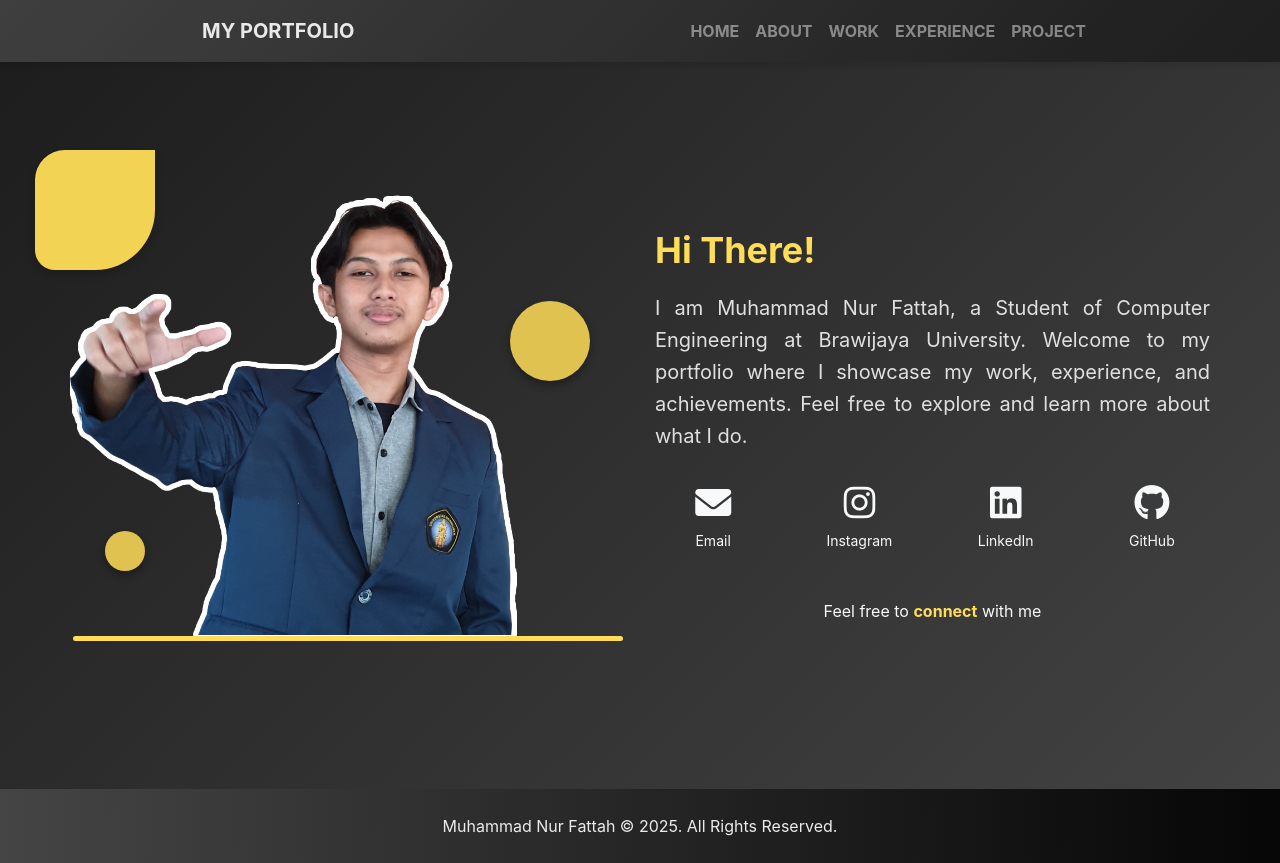
Repository: nurFattahh/Web-Portofolio
Page: /
An editor plug-in stored every save of this project. The page is shown before and after the next save, followed by the edit.
The browser window is 1280 px wide. The pictures show the whole page.
The project was rebuilt for these pictures with package versions that can differ from the ones it lists, and the page was loaded fresh each time. Also part of the build but not shown: vite.config.js, src/components/About/About.css, src/components/About/Skillset.css, src/components/About/About.jsx, src/components/Work/Work.css, src/data/ImageImport.js, src/data/Work.js, src/components/Work/Work.jsx and 8 more.

Above is the page before, as saved 2026-02-12 04:25:59.

### index.html
<!DOCTYPE html>
<html lang="en">
  <head>
    <meta charset="UTF-8" />
    <meta name="viewport" content="width=device-width, initial-scale=1.0" />
    <link rel="icon" href="/logo2.png" type="image/x-icon">
    <title>My Portfolio</title>

    <link href="https://stackpath.bootstrapcdn.com/bootstrap/4.5.2/css/bootstrap.min.css" rel="stylesheet" />
    <link rel="stylesheet" href="https://cdnjs.cloudflare.com/ajax/libs/font-awesome/6.0.0-beta3/css/all.min.css" />

  </head>
  <body>
    <div id="root"></div>
    <script type="module" src="/src/main.jsx"></script>
    <script src="https://code.jquery.com/jquery-3.5.1.slim.min.js"></script>
    <script src="https://cdn.jsdelivr.net/npm/@popperjs/core@2.9.2/dist/umd/popper.min.js"></script>
    <script src="https://stackpath.bootstrapcdn.com/bootstrap/4.5.2/js/bootstrap.min.js"></script>
    <link href="https://stackpath.bootstrapcdn.com/bootstrap/4.5.2/css/bootstrap.min.css" rel="stylesheet" />
  </body>
</html>

### src/main.jsx
import React from 'react';
import ReactDOM from 'react-dom/client';
import App from './App';
import './assets/styles/style.css';

ReactDOM.createRoot(document.getElementById('root')).render(
  <React.StrictMode>
    <App />
  </React.StrictMode>
);

### src/App.jsx
import React from "react";
import { BrowserRouter as Router, Routes, Route, useLocation } from "react-router-dom";
import { AnimatePresence } from "framer-motion";

import Navbar from "./components/Navbar/Navbar";
import Footer from "./components/Footer/Footer";

import Home from "./components/Home/Home";
import About from "./components/About/About";
import Work from "./components/Work/Work";
import Project from "./components/Project/Project";
import Organization from "./components/Organization/Organization";
import Experience from "./components/Experience/Experience";
import ProjectDetail from "./components/Project/ProjectDetails";

import MotionWrapper from "./components/Animations/MotionWrapper";

const AnimatedRoutes = () => {
  const location = useLocation();

  return (
    <AnimatePresence mode="wait">
      <Routes location={location} key={location.pathname}>
        <Route path="/" element={<MotionWrapper><Home /></MotionWrapper>} />
        <Route path="/about" element={<MotionWrapper><About /></MotionWrapper>} />
        <Route path="/work" element={<MotionWrapper><Work /></MotionWrapper>} />
        <Route path="/experience" element={<MotionWrapper><Experience /></MotionWrapper>} />
        <Route path="/projects" element={<MotionWrapper><Project /></MotionWrapper>} />
        <Route path="/organization" element={<MotionWrapper><Organization /></MotionWrapper>} />
        <Route path="/projects/:id" element={<MotionWrapper><ProjectDetail /></MotionWrapper>} />
      </Routes>
    </AnimatePresence>
  );
};

const App = () => (
  <Router>
    <Navbar />
    <AnimatedRoutes />
    <Footer />
  </Router>
);

export default App;

### src/assets/styles/style.css
#root {
    background: linear-gradient(135deg, #1c1c1c, #444444);
}

body {
    font-family: 'Arial', sans-serif;
    margin: 0;
    padding: 0;

}

html {
    scroll-padding-top: 2rem; /* Gantikan 80px dengan tinggi navbar Anda */
    scroll-behavior: smooth;
}

### src/components/Navbar/Navbar.jsx
import React, { useEffect, useRef } from "react";
import { Link } from "react-router-dom";
import "./Navbar.css";

const Navbar = () => {
  const navbarRef = useRef(null);

  useEffect(() => {
    const links = document.querySelectorAll(".navbar-collapse .nav-link");
    const navbar = navbarRef.current;

    links.forEach((link) => {
      link.addEventListener("click", () => {
        if (navbar && navbar.classList.contains("show")) {
          new window.bootstrap.Collapse(navbar).hide(); // collapse on mobile
        }
      });
    });

    return () => {
      links.forEach((link) => {
        link.removeEventListener("click", () => {});
      });
    };
  }, []);

  return (
    <nav className="navbar navbar-expand-lg navbar-dark bg-dark sticky-top">
      <Link className="navbar-brand" to="/">
        My Portfolio
      </Link>
      <button
        className="navbar-toggler"
        type="button"
        data-toggle="collapse"
        data-target="#navbarNav"
        aria-controls="navbarNav"
        aria-expanded="false"
        aria-label="Toggle navigation"
      >
        <span className="navbar-toggler-icon"></span>
      </button>
      <div
        className="collapse navbar-collapse"
        id="navbarNav"
        ref={navbarRef}
      >
        <ul className="navbar-nav ml-auto">
          <li className="nav-item">
            <Link className="nav-link" to="/">Home</Link>
          </li>
          <li className="nav-item">
            <Link className="nav-link" to="/about">About</Link>
          </li>
          <li className="nav-item">
            <Link className="nav-link" to="/work">Work</Link>
          </li>
          <li className="nav-item">
            <Link className="nav-link" to="/experience">Experience</Link>
          </li>
          <li className="nav-item">
            <Link className="nav-link" to="/projects">Project</Link>
          </li>
        </ul>
      </div>
    </nav>
  );
};

export default Navbar;

### src/components/Footer/Footer.jsx
import React from 'react';
import './Footer.css';

const Footer = () => (
  <footer className="footer-section bg-dark text-white py-4">
    <div className="container text-center">
      <p> Muhammad Nur Fattah &copy; 2025. All Rights Reserved.</p>
    </div>
  </footer>
);

export default Footer;

### src/components/Home/Home.jsx
import React from "react";
import "./Home.css";

import profil_image from "../../assets/Images/Fattah.png";

const Home = () => (
  <section id="home" className="container my-5">
    <div className="row align-items-center">
      <div className="col-md-6">
        <img src={profil_image} className="img-fluid rounded" alt="Your Photo" />
        <div className="image-overlay-box"></div>
        <div className="body-overlay-box"></div>
        <div className="corner-circle left"></div>
        <div className="corner-circle right"></div>
      </div>
      <div className="col-md-6">
        <h1>Hi There!</h1>
        <p>
          I am Muhammad Nur Fattah, a Student of Computer Engineering at Brawijaya University. Welcome to my
          portfolio where I showcase my work, experience, and achievements. Feel free to explore and learn more about
          what I do.
        </p>
        <div className="social-media mt-4">
          <div className="row">
            <div className="col-3 text-center">
              <a
                href="https://mail.google.com/mail/?view=cm&fs=1&to=nurfattah36@gmail.com"
                target="_blank"
                title="Email"
              >
                <i className="fas fa-envelope"></i>
                <div className="social-text">Email</div>
              </a>
            </div>
            <div className="col-3 text-center">
              <a href="https://instagram.com/mnurfatth" target="_blank" title="Instagram">
                <i className="fab fa-instagram"></i>
                <div className="social-text">Instagram</div>
              </a>
            </div>
            <div className="col-3 text-center">
              <a href="https://www.linkedin.com/in/muhammad-nur-fattah/" target="_blank" title="LinkedIn">
                <i className="fab fa-linkedin"></i>
                <div className="social-text">LinkedIn</div>
              </a>
            </div>
            <div className="col-3 text-center">
              <a href="https://github.com/NurFattahh" target="_blank" title="GitHub">
                <i className="fab fa-github"></i>
                <div className="social-text">GitHub</div>
              </a>
            </div>

          </div>
          <div className="mt-5 text-center">
              Feel free to  <span className="connect-text">connect</span> with me
            </div>
        </div>
      </div>
    </div>
  </section>
);

export default Home;

### src/components/Animations/MotionWrapper.jsx
// src/components/Animations/MotionWrapper.jsx
import React from "react";
import { motion } from "framer-motion";

const MotionWrapper = ({ children }) => {
  return (
    <motion.div
      initial={{ opacity: 0, y: 20 }}
      animate={{ opacity: 1, y: 0 }}
      exit={{ opacity: 0, y: -20 }}
      transition={{ duration: 0.5 }}
    >
      {children}
    </motion.div>
  );
};

export default MotionWrapper;

### src/components/Navbar/Navbar.css
.navbar {
    z-index: 1000;
}

.navbar .navbar-brand {
    margin-left: 170px;
}

.navbar-nav {
    margin-right: 170px;
}

.navbar {
    background: linear-gradient(135deg, #444444, #1c1c1c);
    opacity: 0.9;
    padding: 1rem 2rem;
    box-shadow: 0 4px 6px rgba(0, 0, 0, 0.1);
    transition: all 0.3s ease-in-out;
}

.navbar a {
    color: rgb(0, 0, 0);
    font-weight: bold;
    text-transform: uppercase;
    padding: 0.5rem 1rem;
    transition: color 0.3s ease;
}

.navbar a:hover {
    color: #ffdd57;
    text-shadow: 0px 0px 10px rgba(255, 255, 255, 0.7);
}

.navbar-nav .nav-link {
    position: relative;
    padding: 0.5rem 1rem;
    transition: color 0.3s ease-in-out;
}

.navbar-nav .nav-link:before {
    content: '';
    position: absolute;
    width: 100%;
    height: 2px;
    bottom: 0;
    left: 0;
    background-color: #ffdd57;
    visibility: hidden;
    transform: scaleX(0);
    transition: all 0.3s ease-in-out;
}

.navbar-nav .nav-link:hover:before {
    visibility: visible;
    transform: scaleX(1);
}


/* Efek Hover untuk Gambar Carousel */
@media (max-width: 1200px) {
    .navbar .navbar-brand {
        margin-left: 0;
    }

    .navbar-nav {
        margin-right: 0;
    }
}

### src/components/Footer/Footer.css
/* Footer Styles */
.footer-section {
  background: linear-gradient(90deg, rgb(73, 72, 72) 0%, rgb(0, 0, 0) 100%);
  opacity: 0.9;
    padding: 1rem 2rem;
    box-shadow: 0 4px 6px rgba(0, 0, 0, 0.1);
    transition: all 0.3s ease-in-out;        /* Teks di tengah */
  }

  .footer-section a {
    color: #ffc107;             /* Warna kuning untuk tautan */
    text-decoration: none;      /* Hilangkan garis bawah pada tautan */
  }

  .footer-section a:hover {
    text-decoration: underline; /* Menambahkan garis bawah saat hover */
  }

  .footer-section .container {
    max-width: 960px;            /* Lebar maksimum untuk konten footer */
    margin: 0 auto;              /* Centang konten */
  }

  .footer-section p {
    margin: 1px 0;              /* Margin antar paragraf */
  }

  .footer-section .text-white {
    color: #fff;                /* Memastikan teks tetap putih */
  }

### src/components/Home/Home.css
#home {
    padding: 60px 0;
    color: #f8f9fa; /* Teks terang */
    animation: fadeIn 1.5s ease-in-out;
}

#home img {
    background-color: transparent !important;
}


#home h1 {
    font-size: 36px;
    font-weight: bold;
    margin-bottom: 20px;
    color: #ffdd57; /* Aksen kuning */
}

#home p {
    font-size: 20px;
    line-height: 1.6;
    text-align: justify;
    color: #e0e0e0; /* Teks abu terang */
}

#home img {
    position: relative; /* penting agar berada di atas overlay */
    z-index: 2;
    background-color: transparent !important;
    max-width: 85%;
    height: auto;
    margin-top: 1rem;
    margin-bottom: 2rem;
}

.img-wrapper {
    position: relative;
    display: inline-block;
  }

  .image-overlay-box {
    position: absolute;
    top: -20px; /* Bisa kamu ubah sesuai kebutuhan */
    left: -20px;
    width: 120px;
    height: 120px;
    background-color: #ffdd57; /* Warna kuning aksen */
    border-radius: 30px 0 50% 20px;
    z-index: 1;
    opacity: 0.95;
    box-shadow: 0 4px 10px rgba(0, 0, 0, 0.2);
  }

  .corner-circle {
    position: absolute;
    width: 40px;
    height: 40px;
    background-color: #ffdd57;
    border-radius: 50%;
    z-index: 2;
    opacity: 0.85;
    box-shadow: 0 4px 10px rgba(0, 0, 0, 0.4);
  }

  .corner-circle.left {
    bottom: 110px;
    left: 50px;
    width: 40px;
    height: 40px;
  }

  .corner-circle.right {
    bottom: 300px;
    right: 50px;
    width: 80px;
    height: 80px;
  }


  .body-overlay-box {
    position: absolute;
    bottom: 40px;
    left: 50%;
    transform: translateX(-50%);
    width: 550px;
    height: 5px;
    background-color: #ffdd57;
    border-top-left-radius: 400px;
    border-top-right-radius: 400px;
    border-bottom-left-radius: 400px;
    border-bottom-right-radius: 400px;
    z-index: 3;
  }


/* Social Media */
.social-media a {
    font-size: 36px;
    color: #f8f9fa;
    transition: color 0.3s ease;
}

.social-media a:hover {
    color: #ffdd57; /* Hover kuning */
}

.social-text {
    font-size: 14px;
    color: #f8f9fa;
}

/* Connect Text */
.connect-text {
    color: #ffdd57;
    font-weight: bold;
}

@media (max-width: 768px) {
  #home {
    padding: 40px 15px;
  }

  #home h1 {
    font-size: 1.8rem;
    text-align: center;
  }

  #home p {
    font-size: 1rem;
    text-align: justify;
    padding: 0 10px;
  }

  .social-media a {
    font-size: 28px;
  }

  .social-text {
    font-size: 12px;
  }

  .corner-circle.left {
    left: 20px;
    bottom: 80px;
    width: 30px;
    height: 30px;
  }

  .corner-circle.right {
    right: 20px;
    bottom: 200px;
    width: 50px;
    height: 50px;
  }

  .body-overlay-box {
    width: 80%;
    height: 5px;
    bottom: 35px;
  }
}

### src/components/About/Skillset.jsx
import React from "react";
import "./Skillset.css";
import { FaCuttlefish, FaMicrochip, FaNetworkWired, FaPython, FaRobot, FaServer, FaDatabase, FaGithub } from "react-icons/fa";
import { SiPostgresql,SiTerraform , SiAnsible  } from "react-icons/si";
import { FaGolang } from "react-icons/fa6";

const skills = [
  { name: "C++", icon: <FaCuttlefish className="skill-icon" /> },
  { name: "Embedded System", icon: <FaMicrochip className="skill-icon" /> },
  { name: "MQTT", icon: <FaNetworkWired className="skill-icon" /> },
  { name: "Python", icon: <FaPython className="skill-icon" /> },
  { name: "AI / ML", icon: <FaRobot className="skill-icon" /> },
  { name: "Go", icon: <FaGolang className="skill-icon" /> },
  { name: "Backend", icon: <FaServer className="skill-icon" /> },
  { name: "PostgreSQL", icon: <SiPostgresql className="skill-icon" /> },
  { name: "GitHub", icon: <FaGithub className="skill-icon" /> },
  { name: "Terraform", icon: <SiTerraform className="skill-icon" /> },
  { name: "Ansible", icon: <SiAnsible className="skill-icon" /> },
];

const Skillset = () => {
  return (
    <div className="skillset-section">
      <h3 className="skillset-title">Professional Skillset</h3>
      <div className="skillset-grid">
        {skills.map((skill, index) => (
          <div className="skill-box" key={index}>
            {skill.icon}
            <span>{skill.name}</span>
          </div>
        ))}
      </div>
    </div>
  );
};

export default Skillset;

### src/components/Project/ProjectDetails.css
.project-detail-section {
    padding: 80px 20px;
    background: linear-gradient(135deg, #1a1a1a, #2b2b2b);
    color: #f1f1f1;
    font-family: 'Segoe UI', sans-serif;
  }

  .project-detail-container {
    max-width: 1000px;
    margin: 0 auto;
    padding: 30px;
    background-color: #2f2f2f;
    border-radius: 12px;
    box-shadow: 0 4px 12px rgba(0,0,0,0.5);
  }

  .project-detail-title {
    font-size: 36px;
    color: #ffdd57;
    margin-bottom: 10px;
    text-align: center;
  }

  .project-detail-date {
    font-size: 16px;
    color: #aaa;
    text-align: center;
    margin-bottom: 30px;
  }

  .project-detail-description {
    font-size: 18px;
    color: #ddd;
    line-height: 1.8;
    margin-bottom: 20px;
    text-align: justify;
  }

  h4 {
    color: #ffdd57;
    margin-top: 30px;
    margin-bottom: 15px;
  }

  ul {
    margin-left: 20px;
    color: #ccc;
  }

  .tech-stack {
    display: flex;
    flex-wrap: wrap;
    gap: 10px;
  }

  .tech-badge {
    background-color: #444;
    color: #ffffff;
    border-radius: 20px;
    padding: 6px 14px;
    font-size: 14px;
    font-weight: bold;
  }

  .image-title {
    font-size: 24px;
    color: #ffdd57;
    text-align: center;
    margin-top: 20px;
    margin-bottom: 15px;
  }

  .image-gallery {
    display: flex;
    flex-wrap: wrap;
    gap: 10px;
    margin-top: 15px;
    justify-content: center;
  }

  .detail-img {
    width: 100%;
    max-width: 300px;
    border-radius: 10px;
    object-fit: cover;
    box-shadow: 0 4px 8px rgba(0,0,0,0.4);
    transition: transform 0.3s ease;
    cursor: pointer;
  }

  .detail-img:hover {
    transform: scale(1.05);
  }

  .project-details-buttons {
    margin-top: 30px;
    padding-top: 30px;
    display: flex;
    gap: 15px;
    justify-content: center;
  }

  .project-details-buttons a {

    padding: 10px 20px;
    border-radius: 25px;
    font-weight: bold;
    text-decoration: none;
    transition: 0.3s ease;
  }


  .back-button {
    display: block;
    margin: 40px auto 0;
    text-align: center;
    color: #aaa;
    font-size: 15px;
    text-decoration: underline;
    cursor: pointer;
  }

  /* Modal container */
.image-modal {
  position: fixed;
  top: 0;
  left: 0;
  width: 100vw;
  height: 100vh;
  background: rgba(0, 0, 0, 0.8);
  display: flex;
  justify-content: center;
  align-items: center;
  z-index: 9999;
  padding: 20px;
  box-sizing: border-box;
}

/* Modal content wrapper */
.modal-content-img {
  position: relative;
  max-width: 90vw;
  max-height: 90vh;
}

/* ✅ INI bagian yang mengatur gambar saat modal dibuka */
.modal-content-img img {
  width: auto;
  max-width: 90vw;
  height: auto;
  max-height: 80vh; /* ⬅️ Batasi tinggi agar tidak terlalu panjang */
  object-fit: contain;
  border-radius: 10px;
  box-shadow: 0 4px 10px rgba(0, 0, 0, 0.6);
}


  @media (max-width: 768px) {
    .project-detail-description {
      font-size: 16px;
    }
    .detail-img {
      width: 100%;
      max-width: 350px;
      height: auto;
      border-radius: 10px;
      object-fit: contain;
      box-shadow: 0 4px 8px rgba(0,0,0,0.4);
      transition: transform 0.3s ease;
      cursor: pointer;
      display: block;
      margin: 0 auto; /* Center image horizontally */
    }

    .image-gallery {
      flex-direction: column;
      align-items: center;
    }

  }

After the next save:
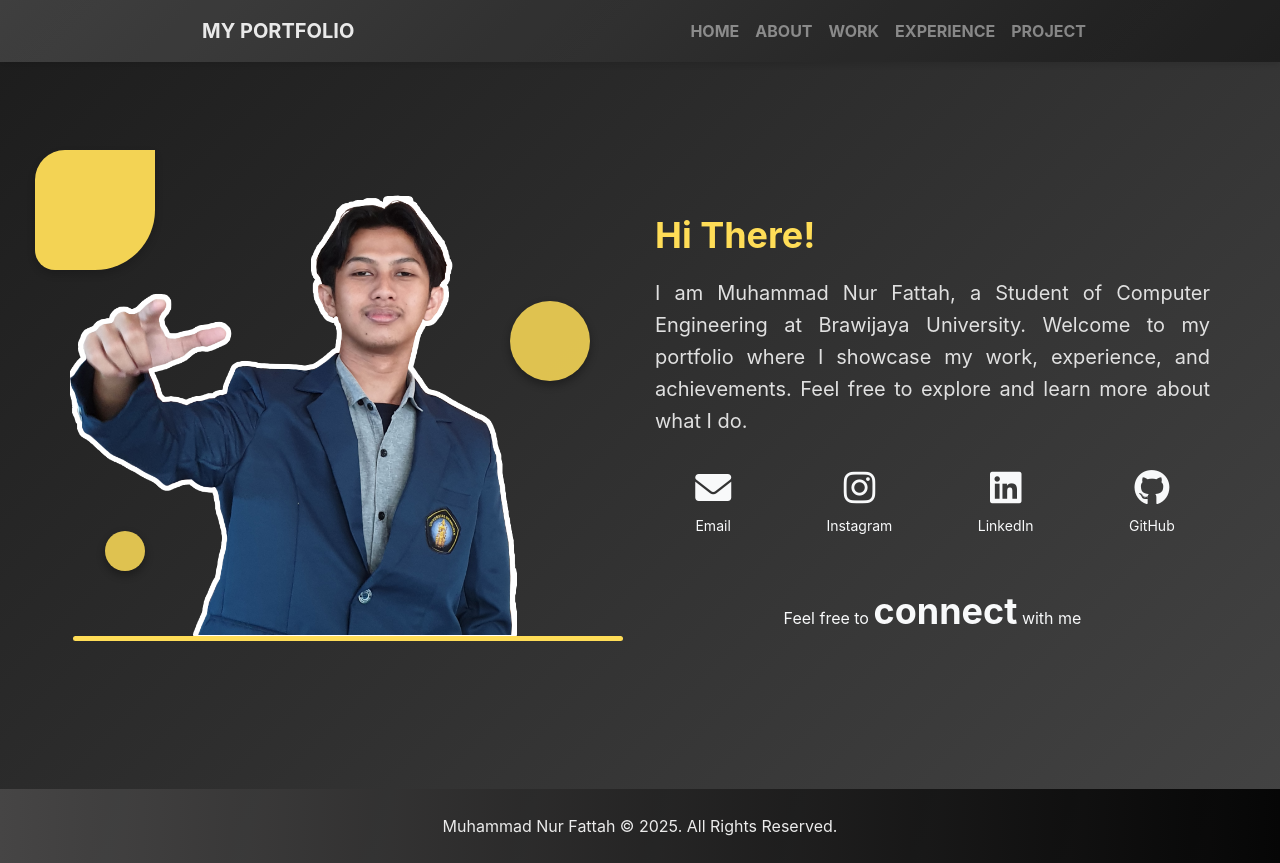
Saved 94 s later.
--- a/src/components/Home/Home.jsx
+++ b/src/components/Home/Home.jsx
@@ -53,7 +53,7 @@
 
           </div>
           <div className="mt-5 text-center">
-              Feel free to  <span className="connect-text">connect</span> with me
+              Feel free to  <span className="connect-text"><a href="https://www.linkedin.com/in/muhammad-nur-fattah/">connect</a></span> with me
             </div>
         </div>
       </div>

After the save that followed:
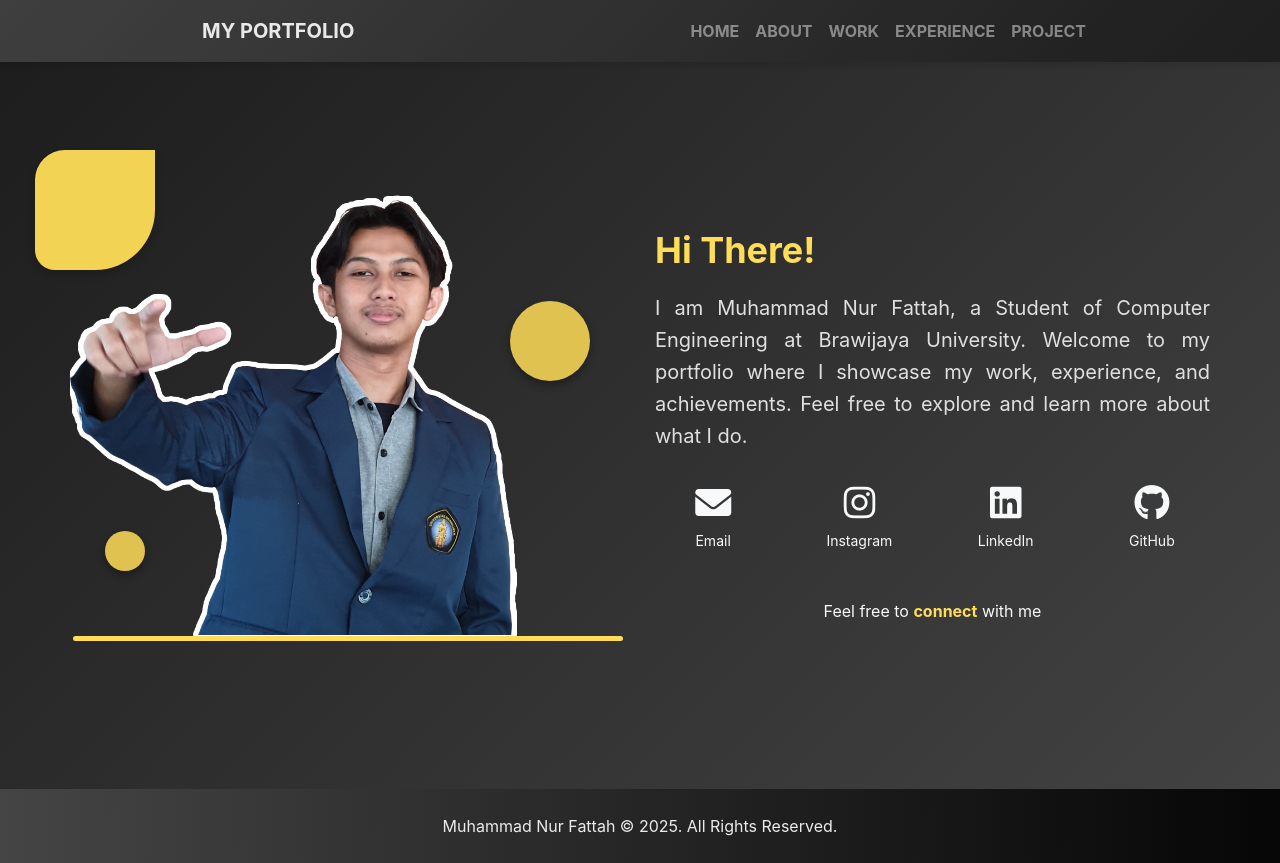
Saved 22 s later.
--- a/src/components/Home/Home.jsx
+++ b/src/components/Home/Home.jsx
@@ -53,7 +53,7 @@
 
           </div>
           <div className="mt-5 text-center">
-              Feel free to  <span className="connect-text"><a href="https://www.linkedin.com/in/muhammad-nur-fattah/">connect</a></span> with me
+              Feel free to  <span className="connect-text">connect</span> with me
             </div>
         </div>
       </div>
